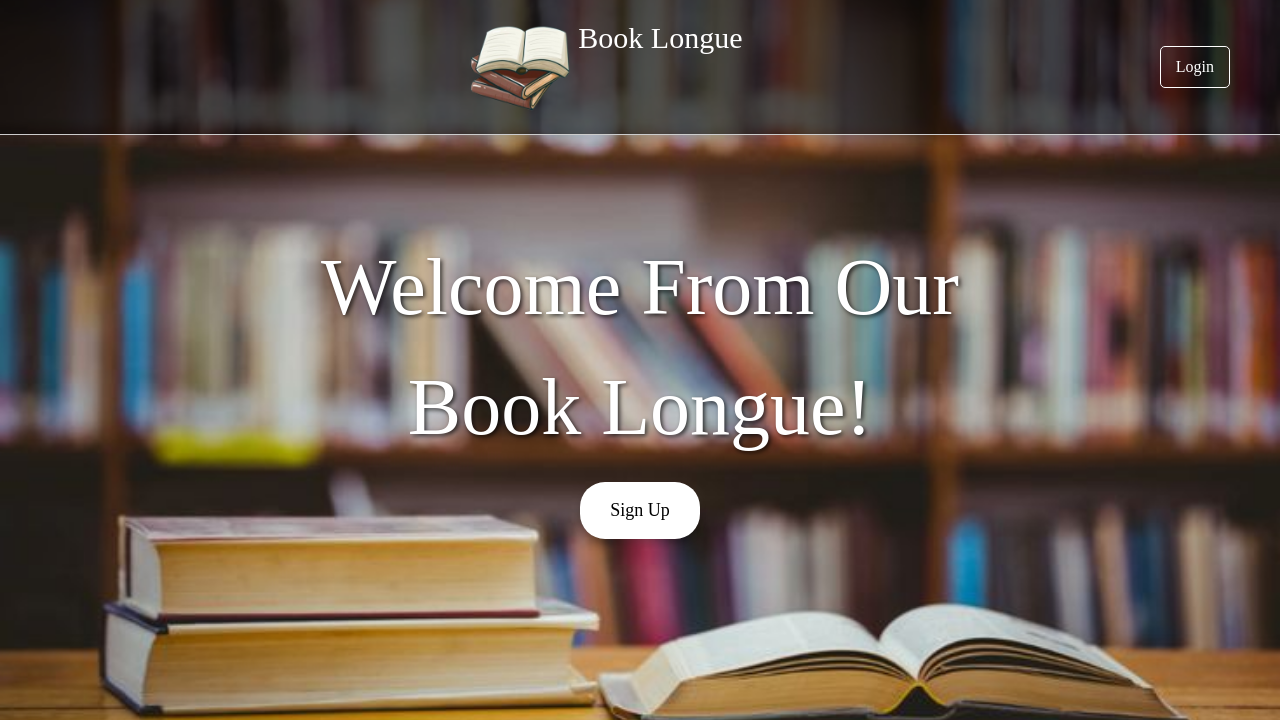
Repository: moehaymanmyint/Book-Longue-Web-System
Page: pages/GetStarted.html
These files come from the project's save history. The page is drawn as it stood at one moment and after the next save; the edit follows.
The browser window is 1280 px wide. The pictures show the whole page.
Some web fonts or font styles are not loaded; a fallback is used.

Above is the page before, as saved 2024-12-30 11:57:44.

### pages/GetStarted.html
<!DOCTYPE html>
<html lang="en">
<head>
    <meta charset="UTF-8">
    <meta name="viewport" content="width=device-width, initial-scale=1.0">
    <title>Book Longue - Get Started</title>
    <link href="https://cdn.jsdelivr.net/npm/bootstrap@5.3.3/dist/css/bootstrap.min.css" rel="stylesheet" integrity="sha384-QWTKZyjpPEjISv5WaRU9OFeRpok6YctnYmDr5pNlyT2bRjXh0JMhjY6hW+ALEwIH" crossorigin="anonymous">
    <script src="https://cdn.jsdelivr.net/npm/bootstrap@5.3.3/dist/js/bootstrap.bundle.min.js" integrity="sha384-YvpcrYf0tY3lHB60NNkmXc5s9fDVZLESaAA55NDzOxhy9GkcIdslK1eN7N6jIeHz" crossorigin="anonymous"></script>
    <link rel="stylesheet" href="../style/GetStarted.css">
    <link rel="stylesheet" href="https://cdnjs.cloudflare.com/ajax/libs/font-awesome/6.7.2/css/all.min.css" integrity="sha512-Evv84Mr4kqVGRNSgIGL/F/aIDqQb7xQ2vcrdIwxfjThSH8CSR7PBEakCr51Ck+w+/U6swU2Im1vVX0SVk9ABhg==" crossorigin="anonymous" referrerpolicy="no-referrer" />
    <link rel="preconnect" href="https://fonts.googleapis.com">
</head>
<body>
    <div class="nav-bar">
        <div class="left">
            <img src="../src/logo.png" alt="" width="10%">
            <h1>Book Longue</h1>
        </div>
        <div class="right">
            <button type="button" class="login-btn btn btn-light"><a href="../pages/login.html">Login</a></button>
        </div>
    </div>
    <div class="content">
        <h1>Welcome From Our<br>Book Longue!</h1>
        <button type="button" class="btn btn-light"><a href="../pages/signup.html">Sign Up</a></button>
    </div>
</body>
</html>

### style/GetStarted.css
@import url('https://fonts.googleapis.com/css2?family=Playwrite+GB+S:ital,wght@0,100..400;1,100..400&display=swap');
*{
    font-family: "Playwrite GB S", serif;
}
body {
    background-image: url(../src/GetStart-bg.jpg);
    background-size: cover;
    background-repeat: no-repeat;
    background-position: center;
    height: 100vh;
    color: #ffffff;
    font-family: 'Arial', sans-serif;
    margin: 0;
}

.nav-bar {
    display: flex;
    justify-content: space-between;
    align-items: center;
    padding: 20px 50px;
    background-color: rgba(0, 0, 0, 0.6);
    border-bottom: 1px solid #ccc;
    position: fixed;
    width: 100%;
    z-index: 10;
    box-shadow: 0px 4px 6px rgba(0, 0, 0, 0.1);
}

.nav-bar .left{
    display: flex;
    justify-content: center;
}

.nav-bar .left i {
    font-size: 35px;
    margin-right: 15px;
    color: #fff;
}

.nav-bar h1 {
    font-size: 30px;
    color: #fff;
}

.nav-bar button {
    border: 1px solid #fff;
    background-color: transparent;
    color: #fff;
    padding: 8px 15px;
    border-radius: 5px;
    cursor: pointer;
    transition: 0.3s;
}

.nav-bar button:hover {
    background-color: #fff;
    color: #000;
}

.right a {
    text-decoration: none;
    color: white;
}

.right a:hover{
    color: #000;
}

.content a {
    text-decoration: none;
    color: black;
}

.content {
    display: flex;
    flex-direction: column;
    align-items: center;
    justify-content: center;
    text-align: center;
    height: 100%;
    padding-top: 30px;
}

.content h1 {
    font-size: 80px;
    text-align: center;
    line-height: 1.5;
    margin: 15px 0;
    color: #ffffff;
    text-shadow: 2px 2px 4px rgba(0, 0, 0, 0.7);
}
.content button {
    border: none;
    padding: 15px 30px;
    font-size: 18px;
    color: #000;
    background-color: #fff;
    border-radius: 25px;
    cursor: pointer;
    box-shadow: 0px 4px 6px rgba(0, 0, 0, 0.2);
    transition: 0.3s;
}

.content button:hover {
    background-color: #9d2f2f;
    color: #fff;
    transform: translateY(-2px);
}

After the next save:
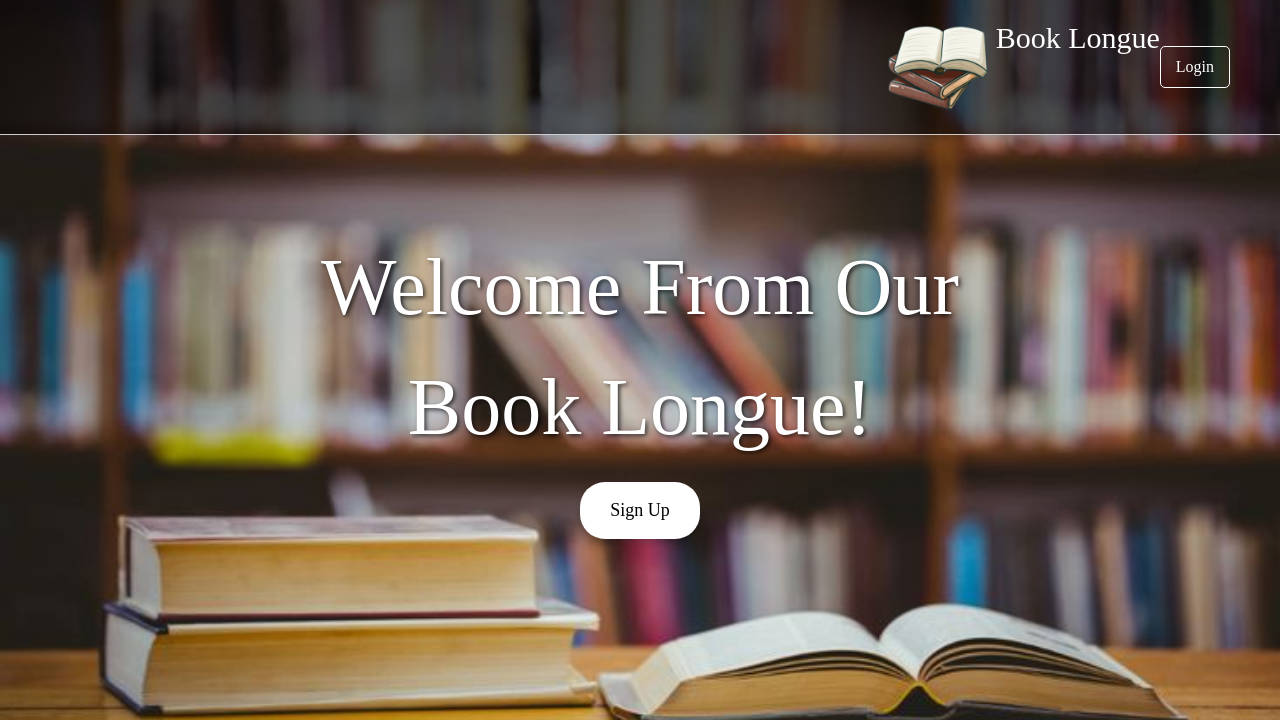
Saved 72 s later.
--- a/style/GetStarted.css
+++ b/style/GetStarted.css
@@ -26,15 +26,14 @@
     box-shadow: 0px 4px 6px rgba(0, 0, 0, 0.1);
 }
 
-.nav-bar .left{
+.nav-bar .left {
     display: flex;
-    justify-content: center;
+    justify-content: flex-end;  /* Changed from center to flex-end */
+    flex-grow: 1;  /* Ensures logo stays on the right */
 }
 
-.nav-bar .left i {
-    font-size: 35px;
-    margin-right: 15px;
-    color: #fff;
+.nav-bar .left img {
+    width: 10%; /* Adjust logo size */
 }
 
 .nav-bar h1 {

After the save that followed:
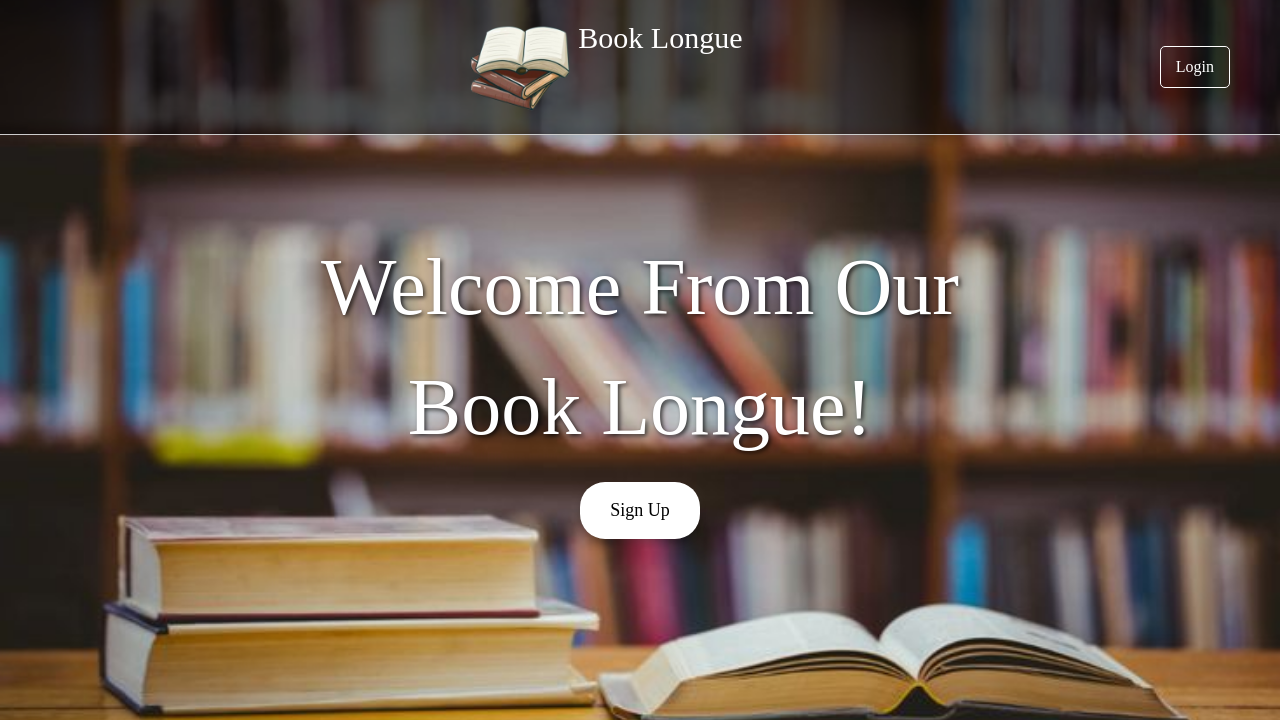
Saved 40 s later.
--- a/style/GetStarted.css
+++ b/style/GetStarted.css
@@ -28,12 +28,12 @@
 
 .nav-bar .left {
     display: flex;
-    justify-content: flex-end;  /* Changed from center to flex-end */
+    justify-content: center;  /* Changed from center to flex-end */
     flex-grow: 1;  /* Ensures logo stays on the right */
 }
 
 .nav-bar .left img {
-    width: 10%; /* Adjust logo size */
+    width: 10%;
 }
 
 .nav-bar h1 {
